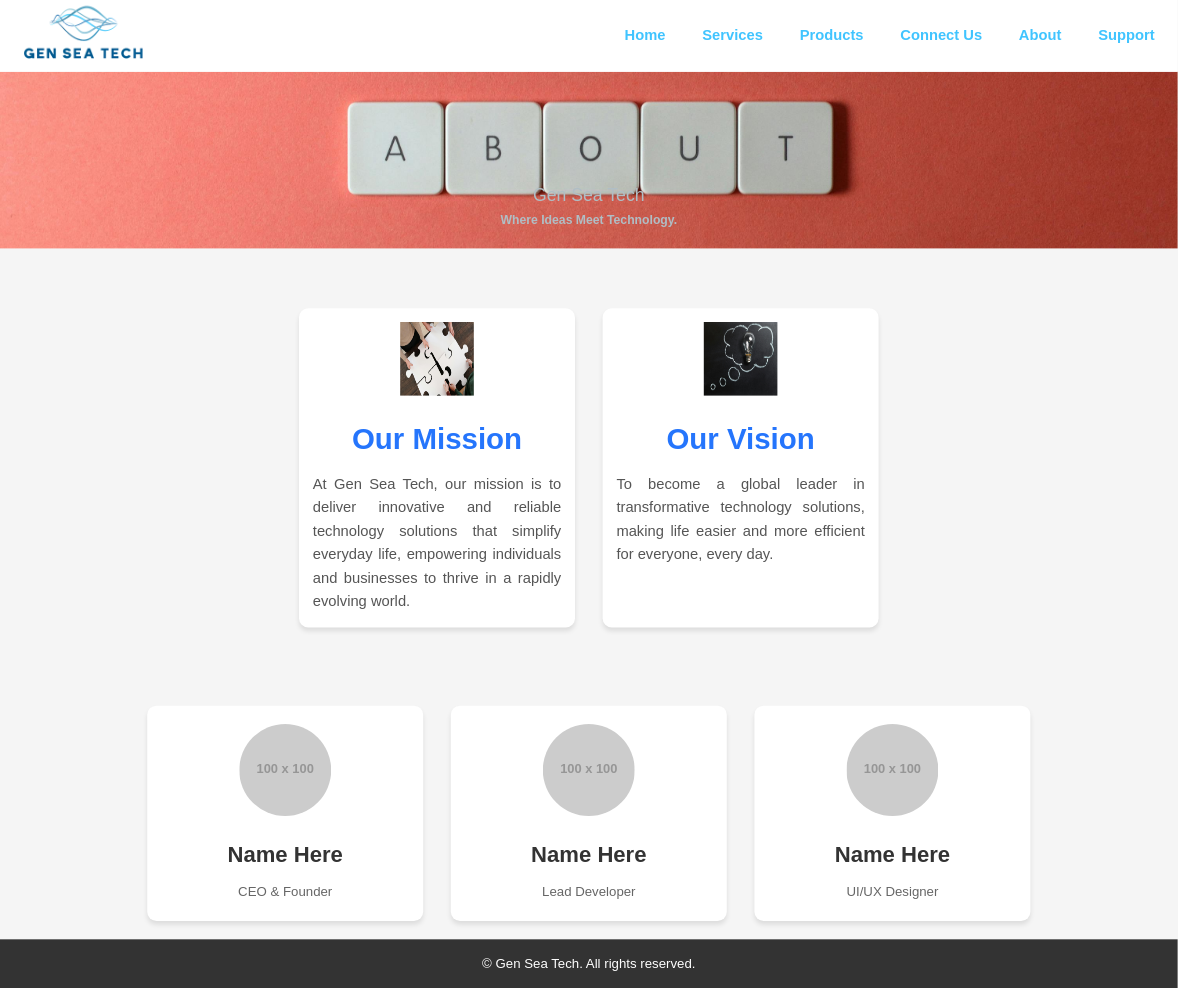
Repository: aniketkhatawkar/Gen_Sea_Tech
Page: http://localhost/GenSeaTech/about.jsp
An editor plug-in stored every save of this project. The page is shown before and after the next save, followed by the edit.
The browser window is 1280 px wide. The pictures show the whole page, at 92% of full size.
The page is served by Tomcat 10.

Above is the page before, as saved 2024-12-14 12:09:04.

After the next save:
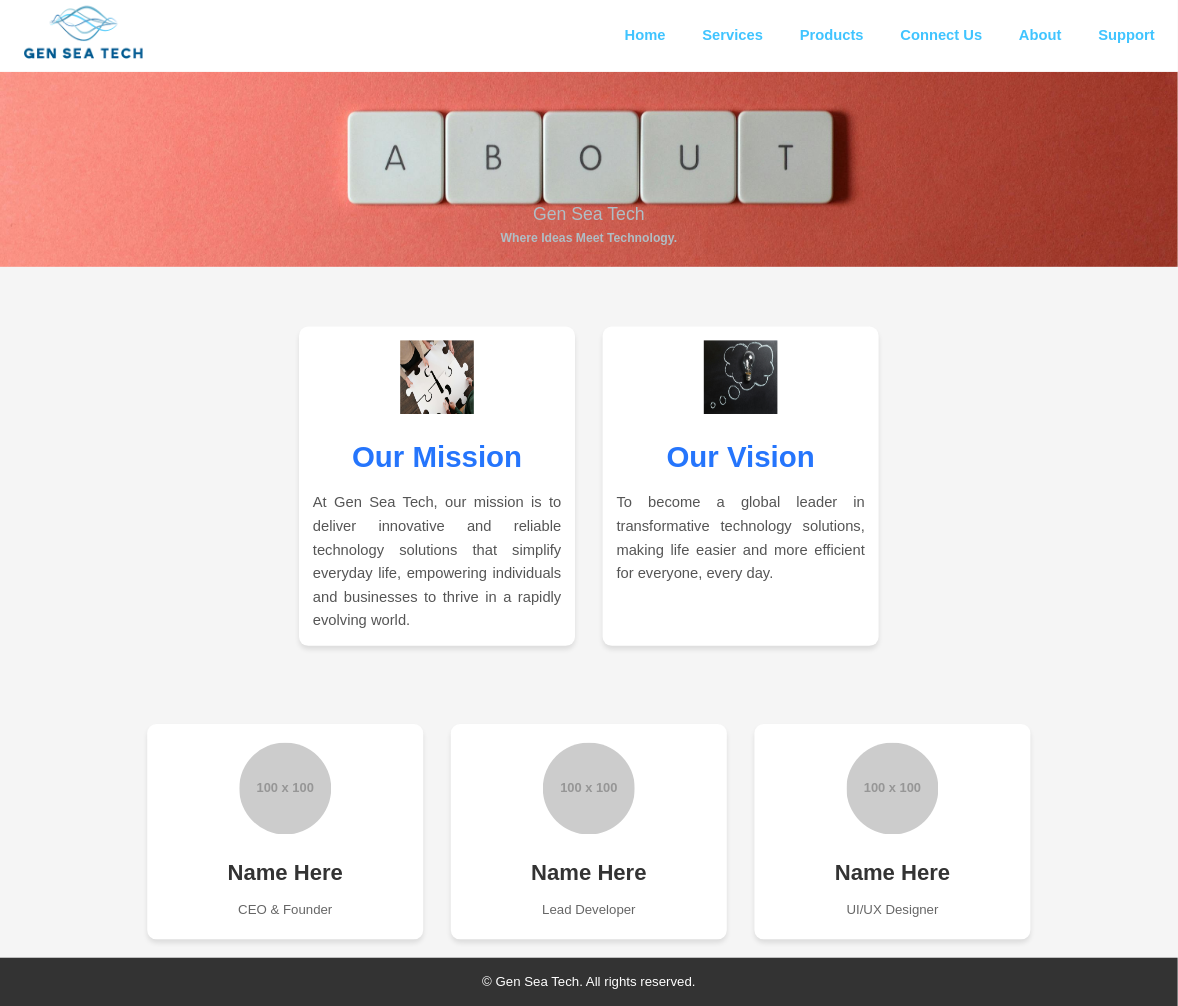
Saved 26 s later.
--- a/GenSeaTech/src/main/webapp/about.jsp
+++ b/GenSeaTech/src/main/webapp/about.jsp
@@ -35,7 +35,7 @@
 
     header p {
         font-size: 1.2rem;
-        margin-top:100px;
+        margin-top:120px;
     }
 
     .mission-vision-section {
